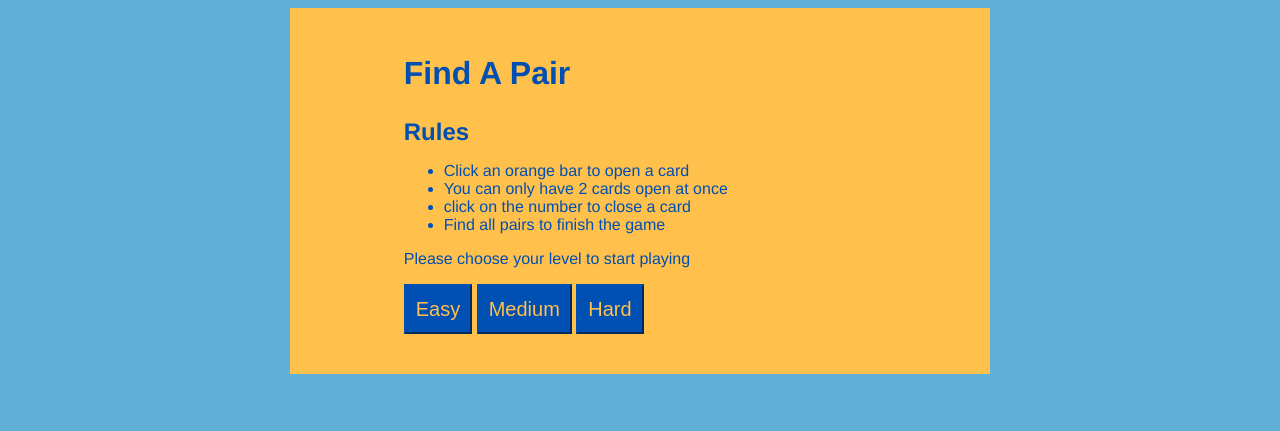
Repository: beck410/find-a-pair
Page: pair.html
The author's editor kept a record of every edit. The page is drawn from the files as they stood at one moment, then again after the next edit.
The browser window is 1280 px wide. The pictures show the whole page.

Above is the page before.

### pair.html
<!doctype html>

<html lang="en">
<head>
  <meta charset="utf-8">

  <title>The HTML5 Herald</title>
  <meta name="description" content="Find a pair game">
  <meta name="author" content="EBD">

  <link rel="stylesheet" href="style.css">

  <!--[if lt IE 9]>
  <script src="http://html5shiv.googlecode.com/svn/trunk/html5.js"></script>
  <![endif]-->
</head>

<body>

<section id="container">
<!-- START SCREEN -->
    <div id="start">
        <h1>Find A Pair</h1>
        <h2>Rules</h2>
        <ul>
            <li>Click an orange bar to open a card</li>
            <li>You can only have 2 cards open at once</li>
            <li>click on the number to close a card</li>
            <li>Find all pairs to finish the game</li>
        </ul>

        <p>Please choose your level to start playing</p>
        <button id="easy" class="button">Easy</button>
        <button id="medium" class="button">Medium</button>
        <button id="hard" class="button">Hard</button>
    </div>

<!-- MESSAGES -->
    <div class="messages" id="tooManyCards">
        <p>You have too many cards open</p>
    </div>
    <div class="messages" id="pair">
        <p>You Found A Pair!</p>
    </div>
     <div class="messages" id="win">
        <p>Congratulations! You have won</p>
    </div>
    <div class="messages" id="thankyou">
        <p>Thanks for playing!</p>
    </div>

<!-- RESTART GAME -->
    <div id="reset">
        <p>Would You like to play again?</p>
        <button id="playAgain" class="button">Let's play again</button>
        <button id="finish" class="button">I'm done</button>
    </div>

<!-- Cards -->
<div id="cardContainer">

</div>


</section>

  <script src="function.js"></script>
</body>
</html>

### style.css
*,
*:before,
*:after {
  -moz-box-sizing: border-box;
  -webkit-box-sizing: border-box;
  box-sizing: border-box; }

body{
    background: #60AFD7;
    font-family: Helvetica;
}

h1 {
    font-size: 200%;
}

h2 {
    font-size: 150%;
    padding: 0;
    margin:0;
}


#name{
    color: #004FB2;
    width: 90%;
    padding: 0 5%;

}

#container {
    min-width:20em;
    max-width: 80em;
    height: 100%;
    height: auto;
    padding: 0 5%;
    position: relative;
}

#start {
    width:90%;
    max-width: 700px;
    height: auto;
    min-height: 300px;
    background: #FFC04C;
    padding: 20px 10%;
    list-style-type: none;
    color: #004FB2;
    margin: 0 auto;
}

#reset {
    width: 80%;
    height: auto;
    padding: 10px;
    background: #FFC04C;
    color: #004FB2;
    font-size: 30px;text-align: center;
    margin: 50px 10% auto 10%;
    position: absolute;
    display: none;
}

.button {
    background: #004FB2;
    border-color: #004FB2;
    height: 50px;
    width: auto;
    padding: 10px;
    font-size: 20px;
    color: #FFC04C;
    margin-bottom: 20px;
}



.messages {
    position: absolute;
    min-height:150px;
    height: auto;
    width: 60%;
    background: #FFC04C;
    color:#60AFD7;
    font-size: 30px;
    text-align:center;
    margin-left:-2000px;
    z-index:999;
    opacity: 0;
    transition: opacity 700ms cubic-bezier(0.77, 0, 0.175, 1);
  -moz-transition: opacity 700ms cubic-bezier(0.77, 0, 0.175, 1);
  -webkit-transition: opacity 700ms cubic-bezier(0.77, 0, 0.175, 1);
}



.parent {
    width: 20%;
    margin-left: 5%;
    height: 30px;
    background: #FFA601;
    float: left;
    margin-bottom: 120px;

}

.child {
    margin-top: 30px;
    width: 100%;
    height: 70px;
    padding-top: 10px;
    background: #C9E4F2;
    text-align: center;
    color: #FFA601;
    font-size: 40px;
    border: solid 2px #FFA601;
    opacity: 0;
    transition: opacity 700ms cubic-bezier(0.77, 0, 0.175, 1);
  -moz-transition: opacity 700ms cubic-bezier(0.77, 0, 0.175, 1);
  -webkit-transition: opacity 700ms cubic-bezier(0.77, 0, 0.175, 1);
}

@media (max-width: 30em) {
    .parent{
        width: 25%;
        margin-left: 5%;
        margin-bottom: 70px;
        min-width: 10px;
        height: 20px;
    }

    .child {
        margin-top: 20px;
        height: 60px;
    }
}

@media (min-width: 60em){
    .child {
        height: 100px;
        padding-top: 30px;
    }
}

### function.js
//SPLIT EVENTS INTO OWN FUNCTIONS AND RETURN CARD ARRAYS
function parentClickEvent(){
    var parent = document.getElementsByClassName("parent");

    //add click event to all .parent elements to show child card
    for(var i=0; i<parent.length;i++){
        parent[i].onclick = function(event){
            if(event.target.className == "parent" && event.stopPropagation){
                open(this);
                event.stopPropagation;
            }
            else{
                return;
            }
        };
    }

    return parent;
}

//add click event to all .child elements to close card
function childClickEvent(){
    var child = document.getElementsByClassName("child");
    for(var a = 0; a<child.length; a++){
        child[a].onclick = function(event){
            if (event.target.className == "child" && event.stopPropagation) {
                close(this);
                event.stopPropagation;
            }
        };
    }

    return child;
};

//add click event to easy to create 10 cards
var easyButton = document.getElementById("easy");
easyButton.onclick=function(){ easyGame() };

//add click event to medium to create 20 cards
var medButton = document.getElementById("medium");
medButton.onclick=function(){ mediumGame() };

//add click event to hard to create 50 cards
var hardButton = document.getElementById("hard");
hardButton.onclick=function(){alert("hard")};

//add click event to playAgain button to restart game
var playAgain = document.getElementById("playAgain");
playAgain.onclick=function(){resetGame()};


//add click event to finish button to finish game
var finish = document.getElementById("finish");
finish.onclick=function(){finishGame()};
//-----FUNCTIONS ------

//remove start message
function startGame() {
    var startMessage = document.getElementById("start");
    startMessage.style.marginLeft="-2000px";
}

//returns new shuffled card array
function shuffleCards(numbers){
   for (var i = numbers.length - 1; i > 0; i--) {
     var j = Math.floor(Math.random() * (i + 1));
     var temp = numbers[i];
     numbers[i] = numbers[j];
     numbers[j] = temp;
   }
   return(numbers);
}

function easyGame(){
    startGame();
      //create array with duplicate numbers -working
    var cardNum = [];
    for(var num = 1; num < 6; num++){
        cardNum.push(num);
    }

    for(var num = 1; num < 6; num++){
        cardNum.push(num);
    }

    //cardNum randomly shuffled
    var shuffledCards = shuffleCards(cardNum); //working


    var SClength = shuffledCards.length;
    //inserts parent, then child and adds shuffledCards array value to child card
    for(var i=0; i<SClength; i++){
        //inserts parent card
        var parentCard = document.createElement('div');
        parentCard.className = "parent";
        var cardContainer = document.getElementById("cardContainer");
        cardContainer.parentNode.insertBefore(parentCard, cardContainer.nextSibling);

        //inserts child card
        var childCard = document.createElement('div');
        childCard.className="child";
        parentCard.appendChild(childCard);

        childCard.innerHTML = shuffledCards[i];

        parentClickEvent();
        childClickEvent();
    }
}


//displays
function mediumGame(){
    startGame();
      //create array with duplicate numbers -working
    var cardNum = [];
    for(var num = 1; num < 6; num++){
        cardNum.push(num);
    }

    for(var num = 1; num < 6; num++){
        cardNum.push(num);
    }

    //cardNum randomly shuffled
    var shuffledCards = shuffleCards(cardNum); //working


    var SClength = shuffledCards.length;
    //inserts parent, then child and adds shuffledCards array value to child card
    for(var i=0; i<SClength; i++){
        //inserts parent card
        var parentCard = document.createElement('div');
        parentCard.className = "parent";
        var cardContainer = document.getElementById("cardContainer");
        cardContainer.parentNode.insertBefore(parentCard, cardContainer.nextSibling);

        //inserts child card
        var childCard = document.createElement('div');
        childCard.className="child";
        parentCard.appendChild(childCard);

        childCard.innerHTML = shuffledCards[i];

        parentClickEvent();
        childClickEvent();
    }
}

//open child card when parent card is clicked
function open(card) {

    var childCard = card.children[0];
    childCard.style.fontSize="30px";
    childCard.style.opacity="1";

    //child cards that are displayed
    var openC = openCards();
    var openCLength = openC.length;

    //STOPS WORKING HERE


    if(openCLength == 3) {
        tooManyCards(openC);
    }

    if(openCLength === 2){
        pair(openC);
    }
}

//close child card when clicked
function close(card) {
    card.style.fontSize="40px";
    card.style.opacity="0";

}

//Child and Parent arrays not available! PROBLEM
//returns array of open child cards (sorts cards by font size)
function openCards(){

        var child = childClickEvent();
        var openChildCards = [];
        var getFontSize;
        var childLength = child.length;
        var childCard;
        for(var i=0; i<childLength;i++){
            childCard = child[i];
            getFontSize = window.getComputedStyle(childCard).getPropertyValue("font-size");

            if(getFontSize === "30px"){
                openChildCards.push(childCard);
            }
        }

        return openChildCards;
}


//if more than 3 cards are open, close all cards and display message
function tooManyCards(cards){
    var cardsLength = cards.length;
    for(var i=0; i<cardsLength;i++){
        close(cards[i]);
    }

    var message = document.getElementById("tooManyCards");
    message.style.marginLeft = "20%";
    message.style.opacity = "1";

    setTimeout(function() {removeMessage(message)}, 2000);

}


//two open child cards are matching, parent and child disappear and winner function is called
function pair(cards) {

    var cardOneNum = cards[0].innerHTML;
    var cardTwoNum = cards[1].innerHTML;
    var cardsLength = cards.length;

    if(cardOneNum === cardTwoNum){
        var pairMessage = document.getElementById("pair");
        pairMessage.style.marginLeft="20%";
        pairMessage.style.opacity="1";

        setTimeout(function() {removeMessage(pairMessage)}, 1700);

        for(var i=0; i<cardsLength; i++){
            cards[i].style.display="none";
            cards[i].parentNode.style.display="none";
            cards[i].style.fontSize="40px";
        }

    }
            //check to see if game is over
    winner();
}

//if all parents cards are gone game has finished
function winner() {
    var parentCard = parentClickEvent();
    var parentCardLength = parentCard.length;
    var displayArray = [];

    for(var i=0; i<parentCardLength; i++){
        var parentDisplay = window.getComputedStyle(parentCard[i]).getPropertyValue("display");
        if(parentDisplay === "none"){
            displayArray.push(parentCard[i]);
        }
    }

    if(displayArray.length === parentCardLength){
        var winMessage = document.getElementById("win");
        //displays win message
        setTimeout(function() {
            winMessage.style.marginLeft="20%";
            winMessage.style.opacity="1";
        }, 2000);
        //Hides win message
        setTimeout(function(){
            removeMessage(winMessage);
        }, 4000);
        //displays reset message
        setTimeout(function(){
            var resetMessage = document.getElementById("reset");
            resetMessage.style.display="block";
        }, 4500);

    }
}

//used with setTimeOut to remove message after set Time
function removeMessage(message){
    message.style.opacity = "0";
    message.style.marginLeft="-2000px";
}

//removes resetMessage and displays parent cards again when playAgain button is clicked
function resetGame(){
    var resetMessage = document.getElementById("reset");
    resetMessage.style.display="none";

    var startMessage = document.getElementById("start");
    startMessage.style.marginLeft="200px";

}

//removes resetMessage and displays a thank you message when finish button is clicked
function finishGame(){
    var resetMessage = document.getElementById("reset");
    resetMessage.style.display="none";

    var thankyou = document.getElementById("thankyou");
    thankyou.style.opacity="1";
    thankyou.style.marginLeft="20%";
}

After the next edit:
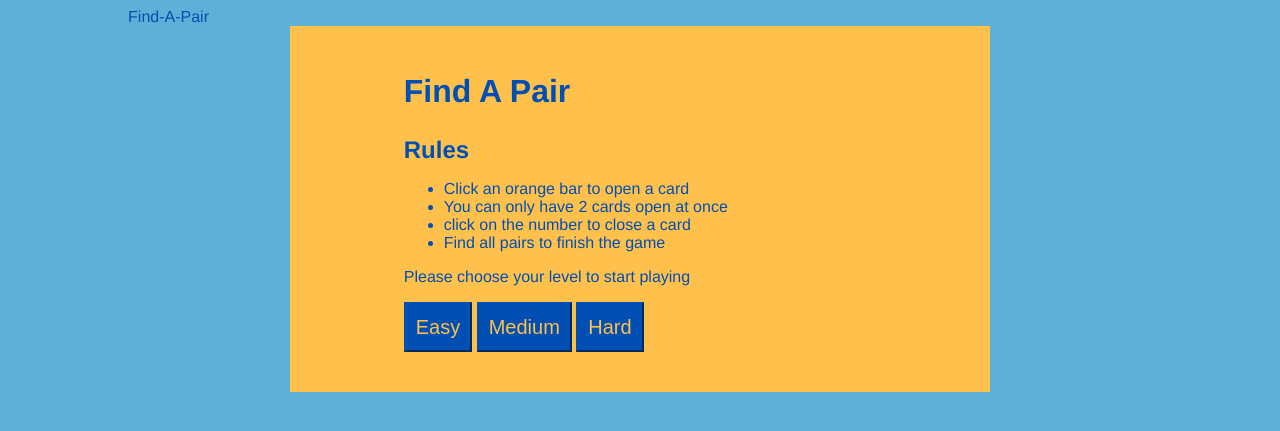
The edit:
--- a/pair.html
+++ b/pair.html
@@ -18,6 +18,7 @@
 <body>
 
 <section id="container">
+<div id="name">Find-A-Pair</div>
 <!-- START SCREEN -->
     <div id="start">
         <h1>Find A Pair</h1>
